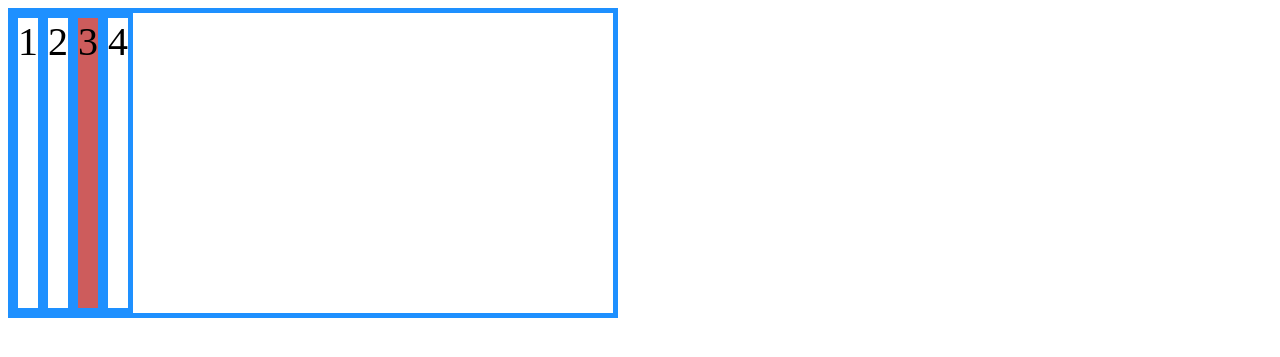
Repository: eversonps/flexbox-grid-css
Page: flexbox/flexbox2.html
An editor plug-in stored every save of this project. The page is shown before and after a run of saves, followed by the edit.
The browser window is 1280 px wide. The pictures show the whole page.

Above is the page before, as saved 2022-03-23 15:41:10.

### flexbox/flexbox2.html
<!DOCTYPE html>
<html>

<head>
    <meta charset="UTF-8">
    <title>Flexbox #02</title>
    <style>
        div {
            border: solid 5px dodgerblue;
            font-size: 40px;
        }

        .flex-container div {
            box-sizing: border-box;
        }

        .flex-container{
            display: flex;
            height: 300px;
            width: 600px;
        }

        .flex-container div:nth-child(3){
            background-color: indianred;
            order: 1;
            order: 0;
        }
    </style>
</head>

<body>
    <div class="flex-container">
        <div>1</div>
        <div>2</div>
        <div>3</div>
        <div>4</div>
    </div>
</body>

</html>

After the next 2 saves:
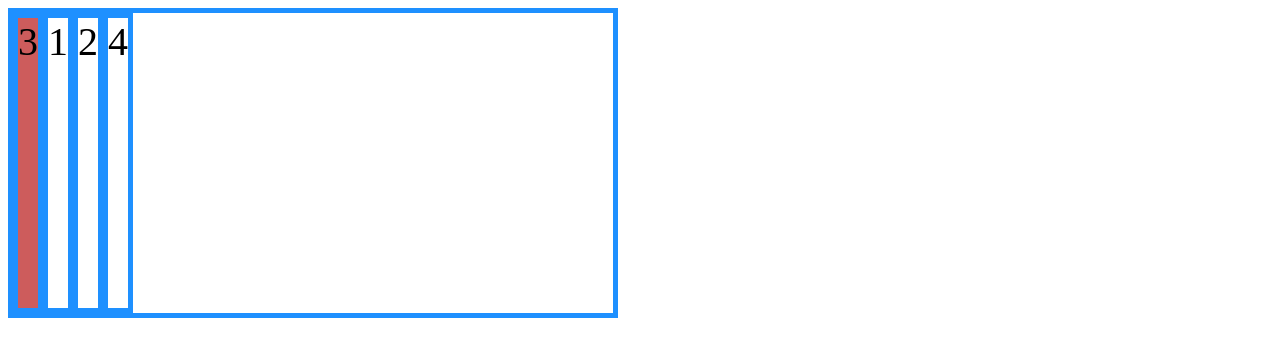
The 2 saves are shown as one change because they came seconds apart.
The last was saved 9 s later.
--- a/flexbox/flexbox2.html
+++ b/flexbox/flexbox2.html
@@ -24,6 +24,7 @@
             background-color: indianred;
             order: 1;
             order: 0;
+            order: -1;
         }
     </style>
 </head>
